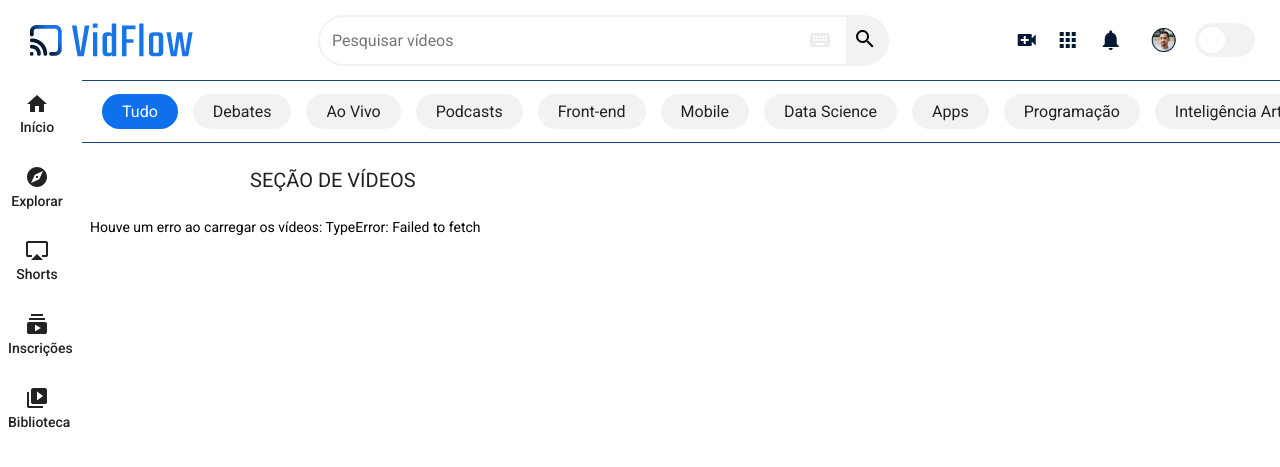
Repository: joaoPraiaJunior/curso-consumindo-api
Page: index.html
These files come from the project's save history. The page is drawn as it stood at one moment and after the next save; the edit follows.
The browser window is 1280 px wide. The pictures show the whole page.
The page's requests for data from a server got no answer.

Above is the page before, as saved 2024-08-20 22:03:10.

### index.html
<!DOCTYPE html>
<html lang="pt-br" dir="ltr">
<head>
    <meta charset="UTF-8">
    <meta name="viewport" content="width=device-width, initial-scale=1.0">
    <link href="https://fonts.googleapis.com/css2?family=Roboto:wght@400;500;700&display=swap" rel="stylesheet">
    <link rel="stylesheet" href="./css/reset.css">
    <link rel="stylesheet" href="./css/estilos.css">
    <link rel="stylesheet" href="./css/flexbox.css">
    <title>VidFlow</title>
    <link rel="shortcut icon" href="./img/Favicon.png" type="image/x-icon">
</head>
<body>
    <header>
        <nav class="cabecalho__container">
            <div class="logo__item">
                <a href="/"><img src="./img/modo_claro/vidflow-logo-light-mode.png" alt="Página do VidFlow"></a>
            </div>
            <div class="cabecalho__pesquisar__item">
                <form role="search" class="form__pesquisa" data-js="form-de-pesquisa">
                    <input type="search" name="pesquisar" class="pesquisar__input" placeholder="Pesquisar vídeos" data-js="barra-de-pesquisa">
                    <img src="./img/modo_claro/menu_superior/keyboard.svg" alt="Ícone de teclado" class="pesquisar__input-teclado">
                    <button class="pesquisar__btn">
                        <img src="./img/modo_claro/menu_superior/search.svg" alt="Ícone de lupa">
                    </button>
                </form>
            </div>
            <div class="secao-links-e-botao-switch">
                <ul aria-label="Links do cabeçalho" class="cabecalho__links">
                    <li><a href="#" class="cabecalho__videos" aria-label="Criar vídeos" title="Criar vídeos"></a></li>
                    <li><a href="#" class="cabecalho__apps" aria-label="Aplicativos"></a></li>
                    <li><a href="#" class="cabecalho__notificacoes" aria-label="Notificações"></a></li>
                    <li><a href="#" class="cabecalho__avatar" aria-label="Perfil de usuário"></a></li>
                </ul>

                <label class="cabecalho__switch">
                    <input type="checkbox" class="cabecalho__switch-input" data-js="modo-escuro" aria-label="Modo claro">
                    <span class="cabecalho__switch-slider"></span>
                </label>
            </div>
        </nav>
    </header>
    <!-- Menu lateral -->

    <div class="menu__container-wrapper">
        <aside class="menu__container">
            <section class="menu__secao" aria-label="Links principais">
                <ul class="menu__lista menu__links-principais">
                    <li>
                        <a class="menu__itens" href="#">
                            <i class="icone__inicio"></i>
                            <span>Início</span>
                        </a>
                    </li>

                    <li>
                        <a class="menu__itens" href="#">
                            <i class="icone__explorar"></i>
                            <span>Explorar</span>
                        </a>
                    </li>

                    <li>
                        <a class="menu__itens" href="#">
                            <i class="icone__shorts"></i>
                            <span>Shorts</span>
                        </a>
                    </li>

                    <li>
                        <a class="menu__itens" href="#">
                            <i class="icone__inscricoes"></i>
                            <span>Inscrições</span>
                        </a>
                    </li>

                    <li>
                        <a class="menu__itens" href="#">
                            <i class="icone__biblioteca"></i>
                            <span>Biblioteca</span>
                        </a>
                    </li>
                </ul>
            </section>

            <section class="menu__secao" aria-label="Links para vídeos guardados na conta">
                <ul class="menu__lista">
                    <li>
                        <a class="menu__itens" href="#">
                            <i class="icone__historico"></i>
                            <span>Histórico</span>
                        </a>
                    </li>

                    <li>
                        <a class="menu__itens" href="#">
                            <i class="icone__relogio"></i>
                            <span>Assistir mais tarde</span>
                        </a>
                    </li>

                    <li>
                        <a class="menu__itens" href="#">
                            <i class="icone__like"></i>
                            <span>Marcados com like</span>
                        </a>
                    </li>
                </ul>
            </section>

            <section class="menu__secao" aria-labelledby="inscricoes" data-js="secao-menu">
                <h2 id="inscricoes" class="menu__secao-titulo">Inscrições</h2>

                <ul id="menu__canais" class="menu__lista">
                    <li class="menu__canal">
                        <a class="menu__itens" href="#">
                            <i class="icone__alura"></i>
                            <span>Alura</span>
                        </a>
                    </li>

                    <li class="menu__canal">
                        <a class="menu__itens" href="#">
                            <i class="icone__gaveta"></i>
                            <span>Gaveta</span>
                        </a>
                    </li>

                    <li class="menu__canal">
                        <a class="menu__itens" href="#">
                            <i class="icone__ballerini"></i>
                            <span>Rafaella Ballerini</span>
                        </a>
                    </li>

                    <li class="menu__canal">
                        <a class="menu__itens" href="#">
                            <i class="icone__iamarino"></i>
                            <span>Atila Iamarino</span>
                        </a>
                    </li>

                    <li class="menu__canal">
                        <a class="menu__itens" href="#">
                            <i class="icone__souto"></i>
                            <span>Mario Souto</span>
                        </a>
                    </li>

                    <li class="menu__canal">
                        <a class="menu__itens" href="#">
                            <i class="icone__nerd"></i>
                            <span>Jovem Nerd</span>
                        </a>
                    </li>

                    <li class="menu__canal">
                        <a class="menu__itens" href="#">
                            <i class="icone__deschamps"></i>
                            <span>Felipe Deschamps</span>
                        </a>
                    </li>
                </ul>
            </section>

            <section class="menu__secao" aria-labelledby="mais-da-pagina" data-js="secao-menu">
                <h2 id="mais-da-pagina" class="menu__secao-titulo">
                    Mais da página
                </h2>

                <ul id="mais__paginas" class="menu__lista">
                    <li class="premium">
                        <a class="menu__itens" href="#">
                            <i class="icone__videos"></i>
                            <span>Vídeo Premium</span></a>
                    </li>

                    <li class="filmes">
                        <a class="menu__itens" href="#">
                            <i class="icone__filmes"></i>
                            <span>Filmes</span></a>
                    </li>

                    <li class="jogos">
                        <a class="menu__itens" href="#">
                            <i class="icone__jogos"></i>
                            <span>Jogos</span></a>
                    </li>

                </ul>
            </section>
        </aside>
    </div>
    <main>

        <!--Criacao de uma lista tab acessível-->
        <div role="tablist" class="superior__secao__container">
            <button id="botao__tudo" role="tab" tabindex="0" aria-selected="true"  aria-controls="painel__videos" name="Tudo" class="botao-categoria selecionado" data-js="botao-categoria">
                Tudo
            </button>

            <button id="botao__debates" role="tab" tabindex="-1" aria-selected="false" aria-controls="painel__videos" name="Debates" class="botao-categoria" data-js="botao-categoria">
                Debates
            </button>

            <button id="botao__ao__vivo" role="tab" tabindex="-1" aria-selected="false" aria-controls="painel__videos" name="Ao Vivo" class="botao-categoria" data-js="botao-categoria">
                Ao Vivo
            </button>

            <button id="botao__podcast" role="tab" tabindex="-1" aria-selected="false" aria-controls="painel__videos" name="Podcasts" class="botao-categoria" data-js="botao-categoria">
                Podcasts
            </button>

            <button id="botao__front__end" role="tab" tabindex="-1" aria-selected="false" aria-controls="painel__videos" name="Front-end" class="botao-categoria" data-js="botao-categoria">
                Front-end
            </button>

            <button id="botao__mobile" role="tab" tabindex="-1" aria-selected="false" aria-controls="painel__videos" name="Mobile" class="botao-categoria" data-js="botao-categoria">
                Mobile
            </button>

            <button id="botao__data__science" role="tab" tabindex="-1" aria-selected="false" aria-controls="painel__videos" name="Data Science" class="botao-categoria" data-js="botao-categoria">
                Data Science
            </button>

            <button id="botao__apps" role="tab" tabindex="-1" aria-selected="false" aria-controls="painel__videos" name="Apps" class="botao-categoria" data-js="botao-categoria">
                Apps
            </button>

            <button id="botao__programacao" role="tab" tabindex="-1" aria-selected="false" aria-controls="painel__videos" name="Programação" class="botao-categoria" data-js="botao-categoria">
                Programação
            </button>

            <button id="botao__inteligencia__artificial" role="tab" tabindex="-1" aria-selected="false" aria-controls="painel__videos" name="Inteligência Artificial" class="botao-categoria" data-js="botao-categoria">
                Inteligência Artificial
            </button>
            <button id="botao__inovacao" role="tab" tabindex="-1" aria-selected="false" aria-controls="painel__videos" name="Inovação" class="botao-categoria" data-js="botao-categoria">
                Inovação
            </button>
        </div>
        <h1 class="videos__titulo"> Seção de vídeos </h1>

        <div id="painel__videos" role="tabpanel">
            <ul class="videos__container" aria-labelledby="botao__tudo" data-js="container-videos">

            </ul>
        </div>
    </main>
    <script type="module" src="js/script.js"></script>
</body>
</html>

### css/estilos.css
*,
*::before,
*::after {
  box-sizing: border-box;
  transition: background-color 0.2s linear;
}

:root {
  --azul-profundo: #01080e;
  --azul-escuro: #041832;
  --azul-medio: #144480;
  --azul-destaque-light: #0e71eb;
  --azul-destaque-dark: #1a76d8;
  --cinza-escuro: #222222;
  --cinza-medio: #c5c5c5;
  --cinza-claro: #f2f2f2;
  --branco: #ffffff;

  /* Variáveis semânticas */
  --bg-cor-principal: var(--branco);
  --bg-cor-secundaria: var(--cinza-claro);
  --fonte-cor-principal: var(--cinza-escuro);
}

:root.modo-escuro {
  --bg-cor-principal: var(--azul-profundo);
  --bg-cor-secundaria: var(--cinza-medio);
  --fonte-cor-principal: var(--cinza-medio);
}

body {
  font-family: Roboto, Arial, Helvetica, sans-serif;
  background-color: var(--bg-cor-principal);
  position: relative;
  width: 100%;
  height: 100vh;
  overflow: auto;
  font-size: 14px;
  color: var(--fonte-cor-principal);
  box-sizing: border-box;
  text-align: center;
}

::-webkit-scrollbar {
  width: 0;
  height: 0;
}

input[type="search"]::-webkit-search-decoration,
input[type="search"]::-webkit-search-cancel-button,
input[type="search"]::-webkit-search-results-button,
input[type="search"]::-webkit-search-results-decoration {
  display: none;
}

/* CABEÇALHO */

.cabecalho__container {
  background-color: var(--bg-cor-principal);
  height: 80px;
  width: 100%;
  padding: 0 25px;
}

.logo__item {
  padding: 15px 0px;
}

.pesquisar__input {
  position: relative;
  padding: 14px 12px;
  background-color: var(--bg-cor-principal);
  border: 2px solid var(--bg-cor-secundaria);
  border-radius: 32px 0px 0px 32px;
  font-size: 16px;
}

.pesquisar__input-teclado {
  position: absolute;
  right: 58px;
  top: 37%;
}

.pesquisar__btn {
  background-color: var(--bg-cor-secundaria);
  border: 0px;
  border-radius: 0px 32px 32px 0px;
  padding: 8px;
  padding-right: 15px;
  border-left: none;
  cursor: pointer;
}

.cabecalho__links {
  display: flex;
  align-items: center;
}

.cabecalho__videos {
  background-image: url("../img/modo_claro/menu_superior/video_call.svg");
  background-repeat: no-repeat;
  background-position: center;
  padding: 20px;
}

:root.modo-escuro .cabecalho__videos {
  background-image: url("../img/modo_escuro/menu_superior/video_call.svg");
}

.cabecalho__apps {
  background-image: url("../img/modo_claro/menu_superior/apps.svg");
  background-repeat: no-repeat;
  background-position: center;
  padding: 13px 30px 13px 13px;
}

:root.modo-escuro .cabecalho__apps {
  background-image: url("../img/modo_escuro/menu_superior/apps.svg");
}

.cabecalho__notificacoes {
  background-image: url("../img/modo_claro/menu_superior/notifications.svg");
  background-repeat: no-repeat;
  background-position: center;
  padding: 13px 30px 13px 13px;
}

:root.modo-escuro .cabecalho__notificacoes {
  background-image: url("../img/modo_escuro/menu_superior/notifications.svg");
}

.cabecalho__avatar {
  background-image: url("../img/modo_claro/menu_superior/Avatar.png");
  background-repeat: no-repeat;
  background-position: center;
  padding: 13px 30px 13px 33px;
}

:root.modo-escuro .cabecalho__avatar {
  background-image: url("../img/modo_escuro/menu_superior/Avatar.png");
}

.cabecalho__switch {
  position: relative;
  display: inline-block;
  padding: 13px 30px 13px 13px;
  width: 60px;
  height: 34px;
}

.cabecalho__switch-input {
  opacity: 0;
  width: 0;
  height: 0;
}

.cabecalho__switch-slider {
  position: absolute;
  cursor: pointer;
  top: 0;
  left: 0;
  right: 0;
  bottom: 0;
  background-color: var(--cinza-claro);
  transition: 0.4s;
  border-radius: 34px;
}

.cabecalho__switch-slider::before {
  position: absolute;
  content: "";
  height: 26px;
  width: 26px;
  left: 4px;
  bottom: 4px;
  background-color: var(--branco);
  transition: 0.4s;
  border-radius: 50%;
}

.cabecalho__switch-input:checked + .cabecalho__switch-slider {
  background-color: var(--azul-destaque-dark);
}

.cabecalho__switch-input:checked + .cabecalho__switch-slider::before {
  -webkit-transform: translateX(26px);
  -ms-transform: translateX(26px);
  transform: translateX(26px);
  background-color: var(--cinza-claro);
}

.cabecalho__switch-input:focus+.cabecalho__switch-slider {
  outline: auto 1px;
}

/* MENU LATERAL */

.menu__container {
  font-size: 14px;
  background-color: var(--bg-cor-principal);
}

.menu__container::-webkit-scrollbar {
  width: 16px;
  background: transparent;
}

.menu__container::-webkit-scrollbar-track {
  background: transparent;
}

.menu__container-wrapper:hover .menu__container::-webkit-scrollbar-thumb {
  background: var(--cinza-medio);
  border-radius: 8px;
  border: 4px solid transparent;
  background-clip: content-box;
}

.icone__inicio::before {
  content: url("../img/modo_claro/menu_lateral/home.svg");
}

:root.modo-escuro .icone__inicio::before {
  content: url("../img/modo_escuro/menu_lateral/home.svg");
}

.icone__explorar::before {
  content: url("../img/modo_claro/menu_lateral/explore.svg");
}

:root.modo-escuro .icone__explorar::before {
  content: url("../img/modo_escuro/menu_lateral/explore.svg");
}

.icone__shorts::before {
  content: url("../img/modo_claro/menu_lateral/airplay.svg");
}

:root.modo-escuro .icone__shorts::before {
  content: url("../img/modo_escuro/menu_lateral/airplay.svg");
}

.icone__inscricoes::before {
  content: url("../img/modo_claro/menu_lateral/subscriptions.svg");
}

:root.modo-escuro .icone__inscricoes::before {
  content: url("../img/modo_escuro/menu_lateral/subscriptions.svg");
}

.icone__biblioteca::before {
  content: url("../img/modo_claro/menu_lateral/video_library.svg");
}

:root.modo-escuro .icone__biblioteca::before {
  content: url("../img/modo_escuro/menu_lateral/video_library.svg");
}

.icone__historico::before {
  content: url("../img/modo_claro/menu_lateral/history.svg");
}

:root.modo-escuro .icone__historico::before {
  content: url("../img/modo_escuro/menu_lateral/history.svg");
}

.icone__relogio::before {
  content: url("../img/modo_claro/menu_lateral/history_toggle_off.svg");
}

:root.modo-escuro .icone__relogio::before {
  content: url("../img/modo_escuro/menu_lateral/history_toggle_off.svg");
}

.icone__like::before {
  content: url("../img/modo_claro/menu_lateral/thumb_up_alt.svg");
}

:root.modo-escuro .icone__like::before {
  content: url("../img/modo_escuro/menu_lateral/thumb_up_alt.svg");
}

.icone__alura::before {
  content: url("../img/modo_claro/menu_lateral/Avatar_Alura.png");
}

.icone__gaveta::before {
  content: url("../img/modo_claro/menu_lateral/Avatar_Gaveta.png");
}

.icone__ballerini::before {
  content: url("../img/modo_claro/menu_lateral/Avatar_Rafa.png");
}

.icone__iamarino::before {
  content: url("../img/modo_claro/menu_lateral/Avatar_Atila.png");
}

.icone__souto::before {
  content: url("../img/modo_claro/menu_lateral/Avatar_Souto.png");
}

.icone__nerd::before {
  content: url("../img/modo_claro/menu_lateral/Avatar_Jovem_Nerd.png");
}

.icone__deschamps::before {
  content: url("../img/modo_claro/menu_lateral/Avatar_Deschamps.png");
}

.icone__mostrar::before {
  content: url("../img/modo_claro/menu_lateral/keyboard_arrow_down.svg");
}

:root.modo-escuro .icone__mostrar::before {
  content: url("../img/modo_escuro/menu_lateral/keyboard_arrow_down.svg");
}

.icone__mostrar-rotacionado {
  transform: rotateX(0.5turn);
}

.icone__videos::before {
  content: url("../img/modo_claro/menu_lateral/ondemand_video.svg");
}

:root.modo-escuro .icone__videos::before {
  content: url("../img/modo_escuro/menu_lateral/ondemand_video.svg");
}

.icone__filmes::before {
  content: url("../img/modo_claro/menu_lateral/movie.svg");
}

:root.modo-escuro .icone__filmes::before {
  content: url("../img/modo_escuro/menu_lateral/movie.svg");
}

.icone__jogos::before {
  content: url("../img/modo_claro/menu_lateral/sports_esports.svg");
}

:root.modo-escuro .icone__jogos::before {
  content: url("../img/modo_escuro/menu_lateral/sports_esports.svg");
}

/* SECAO SUPERIOR */

.superior__secao__container {
  height: 63px;
  color: var(--branco);
  font-size: 16px;
  background-color: var(--bg-cor-principal);
  padding: 0 20px;
  position: fixed;
  top: 80px;
  right: 0;
  left: 0;
  overflow-x: scroll;
  z-index: 1;
}

/* .superior__itens {
    position: relative;
} */

.botao-categoria {
  display: inline-block;
  font-size: 16px;
  color: var(--fonte-cor-principal);
  background-color: var(--cinza-claro);
  border-radius: 20px;
  padding: 8px 20px;
  cursor: pointer;
}

.botao-categoria:hover {
  background-color: var(--cinza-medio);
  color: var(--cinza-escuro);
  transition: 0.5s;
}

.botao-categoria[aria-selected="true"] {
  background: var(--azul-destaque-light);
  color: var(--branco);
}

:root.modo-escuro .botao-categoria {
  background-color: var(--azul-escuro);
  color: var(--cinza-medio);
}

:root.modo-escuro .botao-categoria:hover {
  background-color: var(--cinza-medio);
  color: var(--cinza-escuro);
}

:root.modo-escuro .botao-categoria[aria-selected="true"] {
  background-color: var(--azul-destaque-dark);
  color: var(--branco);
}

/* SEÇÃO VÍDEOS */

.videos__titulo {
  color: var(--fonte-cor-principal);
  font-size: 20px;
  position: relative;
  text-align: left;
  text-transform: uppercase;
  padding: 170px 0 0 250px;
}

.videos__container {
  color: black;
  padding: 30px 20px 10px 20px;
}

iframe {
  border-radius: 10px;
  width: 100%;
  height: 62%;
}

.descricao-video .link-img-canal {
  border-radius: 100%;
  width: 40px;
  height: 40px;
}

.descricao-video .titulo-video {
  font-weight: 700;
  font-size: 16px;
  color: var(--fonte-cor-principal);
}

.descricao-video .titulo-canal {
  font-size: 14px;
  color: var(--fonte-cor-principal);
}

.descricao-video .categoria {
  font-size: 14px;
  color: var(--fonte-cor-principal);
}

@media (min-width: 834px) {
  body {
    height: 100vh;
  }

  /* ESTILOS DO MENU LATERAL */

  .menu__container {
    font-size: 16px;
  }

  .menu__secao-titulo {
    display: block;
    padding: 24px 16px 0;
    text-align: start;
    font-weight: 500;
    text-transform: uppercase;
  }

  .menu__lista {
    padding: 16px 8px;
  }

  .menu__lista li {
    width: 100%;
  }

  .menu__lista .menu__itens {
    font-size: 14px;
  }

  .menu__links-principais .menu__itens {
    font-weight: 500;
  }

  .icone__mostrar {
    transition: transform .5s;
  }

  .menu__botao-expandir-canais[aria-expanded="true"] .icone__mostrar {
    transform: rotate(180deg);
  }

  /* ESTILOS DA SECAO SUPERIOR */

  .superior__secao__container {
    border-top: var(--azul-medio) 1px solid;
    border-bottom: var(--azul-medio) 1px solid;
    width: auto;
    left: 82px;
  }

  /*ESTILOS SEÇÃO VÍDEOS */

  .videos__container {
    padding-left: 90px;
    padding-right: 17px;
  }
}

@media (min-width: 1440px) {
  /* SEÇÃO SUPERIOR */

  .superior__secao__container {
    left: 247px;
  }

  /* ESTILOS DO MENU LATERAL */

  .menu__secao {
    border-bottom: 1.5px solid var(--azul-medio);
  }

  /* ESTILOS VIDEOS */

  .videos__container {
    padding-right: 10px;
    padding-left: 248px;
  }
}

### css/flexbox.css
/* CABEÇALHO */

.cabecalho__container {
  display: flex;
  justify-content: space-between;
  align-items: center;
  position: fixed;
  top: 0;
  z-index: 1;
}

.cabecalho__pesquisar__item {
  display: none;
}

.form__pesquisa {
  position: relative;
  flex: 1;
  display: flex;
  justify-content: center;
}

.secao-links-e-botao-switch {
  display: flex;
}

/* MENU */

.menu__container {
  position: fixed;
  bottom: 0%;
  height: 74px;
  width: 100%;
}

.menu__secao {
  height: 100%;
}

.menu__secao:nth-child(2),
.menu__secao:nth-child(3),
.menu__secao:nth-child(4) {
  display: none;
}

.menu__lista {
  display: flex;
  justify-content: space-around;
  height: 100%;
}

.menu__lista li {
  align-self: center;
}

.menu__itens {
  display: flex;
  flex-direction: column;
  gap: 5px;
}

/* SEÇÃO SUPERIOR */

.superior__secao__container {
  display: flex;
  align-items: center;
  white-space: nowrap;
  gap: 15px;
}


/* VIDEO */

.videos__container {
  display: flex;
  flex-wrap: wrap;
  gap: 10px;
}

.videos__item {
  display: block;
  height: 303px;
  width: 280px;
  flex-grow: 1;
}

.videos__item.escondido {
  display: none;
}

.descricao-video {
  margin-top: 1rem;
  display: grid;
  text-align: start;
  column-gap: 1rem;
  row-gap: 10px;
  grid-template-columns: auto 1fr;
}

.descricao-video .link-img-canal {
  grid-area: 1 / 1 / 3 / 2;
}

.descricao-video .img-canal {
  grid-area: 1 / 1 / 3 / 2;
}

.descricao-video .categoria {
    grid-area: 3 / 2 / 4 / 3;
}

@media (min-width: 834px) {
  /* MENU LATERAL*/

  .menu__container {
    left: 0;
    height: auto;
    width: 74px;
    top: 80px;
  }

  .menu__lista {
    flex-direction: column;
    justify-content: flex-start;
    padding-top: 15px;
    gap: 33px;
  }
}

@media (min-width: 1156px) {
  /* CABEÇALHO */

  .cabecalho__pesquisar__item {
    display: block;
  }

  .pesquisar__input {
    width: 530px;
  }
}

@media (min-width: 1440px) {
  /* MENU */

  .menu__container {
    width: 239px;
    overflow: scroll;
  }

  .menu__secao {
    height: auto;
  }

  .menu__secao:nth-child(2),
  .menu__secao:nth-child(3),
  .menu__secao:nth-child(4) {
    display: block;
  }

  .menu__lista {
    height: auto;
    padding: 20px 17px 20px 15px;
    gap: 15px;
  }

  .menu__itens {
    flex-direction: row;
    gap: 15px;
    align-items: center;
  }

  .menu__lista li.escondido {
    display: none;
  }

  .menu__botao-expandir-canais {
    padding: 0 16px 24px;
    cursor: pointer;
  }
}

### js/script.js
import expandirMenu from "./expandirMenu.js";
import filtrarVideos from "./filtrarVideos.js";
import filtrarVideosPorBotoes from "./filtrarVideosPorBotoes.js";
import temaEscuro from "./temaEscuro.js";
import videos from "./videos.js";


videos();
filtrarVideos();
filtrarVideosPorBotoes();
temaEscuro();
expandirMenu();

### js/filtrarVideos.js
function filtrarVideos() {

    const elementos = {
        formDePesquisa: '[data-js="form-de-pesquisa"]',
        barraDePesquisa: '[data-js="barra-de-pesquisa"]',
        videos: '[data-js="videos"]',
        tituloDoVideo: '[data-js="titulo-video"]',
    }

    const formDePesquisa = document.querySelector(elementos.formDePesquisa);
    const barraDePesquisa = document.querySelector(elementos.barraDePesquisa);


    function filtrarPesquisa() {
        const videos = document.querySelectorAll(elementos.videos);
        const valorDoFiltro = barraDePesquisa.value.toLowerCase();
        videos.forEach((video) => {
            const titulo = video.querySelector(elementos.tituloDoVideo).textContent.toLowerCase();
            video.style.display = valorDoFiltro ? titulo.includes(valorDoFiltro) ? "block" : "none" : "block";
        });
    }

    function focarVideoFiltrado(evento) {
        evento.preventDefault();
        const primeiroVideoFiltrado = document.querySelector(`${elementos.videos}:not([style="display: none;"]) > iframe`);
        primeiroVideoFiltrado?.focus();

    }

    barraDePesquisa.addEventListener('input', filtrarPesquisa);
    formDePesquisa.addEventListener('submit', focarVideoFiltrado);

}

export default filtrarVideos;

Loaded but not shown: css/reset.css (common file); js/filtrarVideosPorBotoes.js (74 lines, source omitted); js/expandirMenu.js (69 lines, source omitted); js/videos.js (70 lines, source omitted); js/temaEscuro.js (42 lines, source omitted)

After the next save:
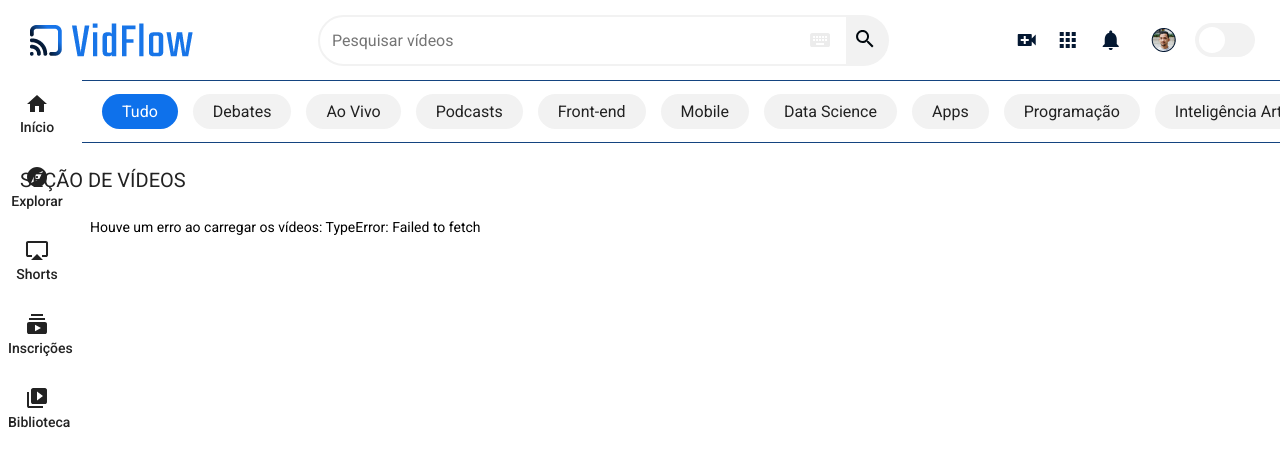
Saved 7 min 11 s later.
--- a/css/estilos.css
+++ b/css/estilos.css
@@ -408,7 +408,7 @@ input[type="search"]::-webkit-search-results-decoration {
   position: relative;
   text-align: left;
   text-transform: uppercase;
-  padding: 170px 0 0 250px;
+  padding: 170px 0 0 20px;
 }
 
 .videos__container {
